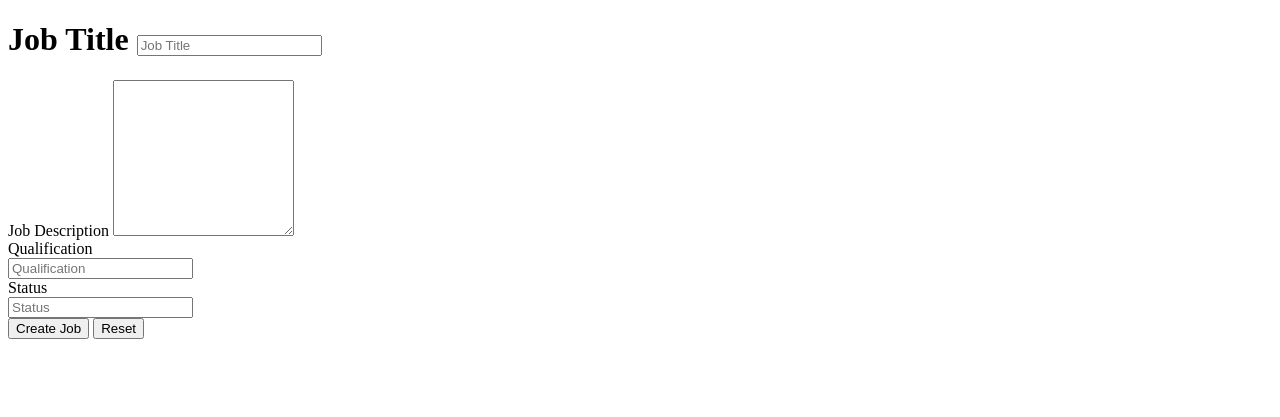
Repository: Indurupi/FriendZone
Page: FriendZoneFrontEnd/WebContent/createjob.html
The author's editor kept a copy of each file at every save. The page is drawn from the files as they stood at one save, then again after the next save.
The browser window is 1280 px wide. The pictures show the whole page.

Above is the page before, as saved 2017-03-17 09:52:02.

### FriendZoneFrontEnd/WebContent/createjob.html
<!DOCTYPE html>
<html>
<head>
<meta charset="ISO-8859-1">
<title>FriendZone</title>
</head>
<body>
	<div class="container">

		<div class="row">

			<!-- Blog Post Content Column -->
			<div class="col-lg-8">
				<form>


					<h1>
						<div class="form-group">
							<label>Job Title</label> <input type="text" class="form-control"
								placeholder="Job Title">
						</div>
					</h1>



					<div class="lead form-group">
						<label>Job Description</label>
						<textarea class="form-control" rows="10"></textarea>
					</div>
					<div class="lead">
						Qualification
						<div class="form-group">
							<input type="text" class="form-control"
								placeholder="Qualification">
						</div>
					</div>
					<div class="lead">
						Status
						<div class="form-group">
							<input type="text" class="form-control" placeholder="Status">
						</div>
					</div>

					<button class="btn" id="custom-button" type="submit">Create
						Job</button>
					<button class="btn" id="custom-button" ng-click="" type="reset">Reset</button>
				</form>
			</div>

		</div>

	</div>
</body>
</html>

After the next save:
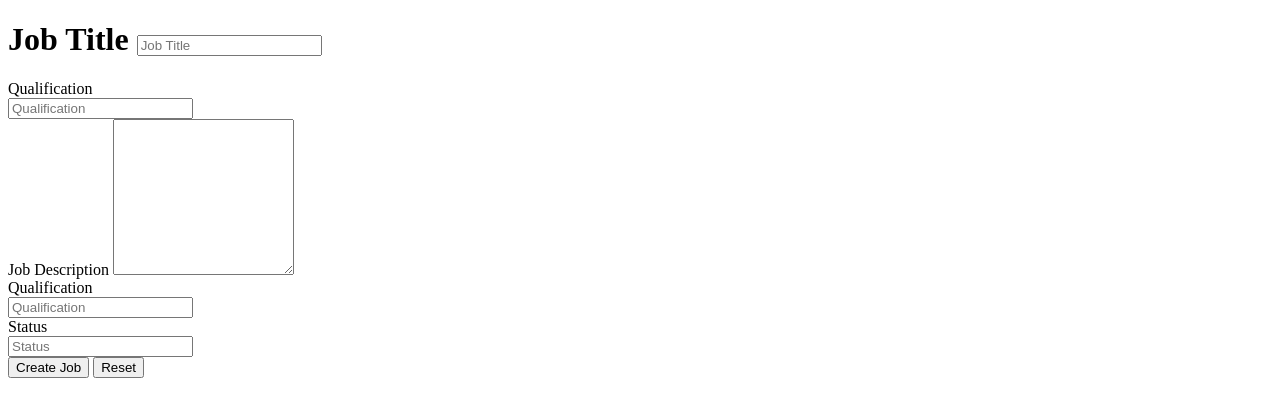
Saved 17 s later.
--- a/FriendZoneFrontEnd/WebContent/createjob.html
+++ b/FriendZoneFrontEnd/WebContent/createjob.html
@@ -20,9 +20,13 @@
 								placeholder="Job Title">
 						</div>
 					</h1>
-
-
-
+					<div class="lead">
+						Qualification
+						<div class="form-group">
+							<input type="text" class="form-control"
+								placeholder="Qualification">
+						</div>
+					</div>
 					<div class="lead form-group">
 						<label>Job Description</label>
 						<textarea class="form-control" rows="10"></textarea>
